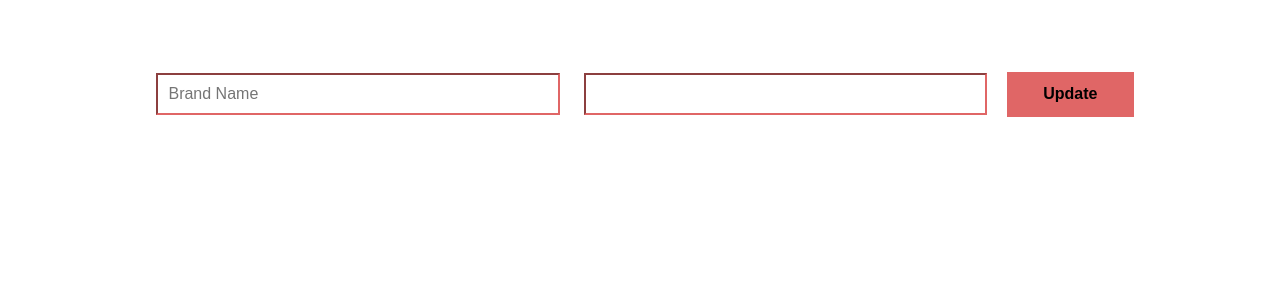
Repository: developerks611/Bumble-bee
Page: http://localhost/Bumble/view-one-brand.jsp
An editor plug-in stored every save of this project. The page is shown before and after the next save, followed by the edit.
The browser window is 1280 px wide. The pictures show the whole page.
The page is served by Tomcat 9. Other server files are loaded and not shown.

Above is the page before, as saved 2023-03-02 13:08:29.

### Bumble/src/main/webapp/view-one-brand.jsp
<%@ page language="java" contentType="text/html; charset=ISO-8859-1"
    pageEncoding="ISO-8859-1" isELIgnored="false"%>
 <%@ taglib prefix = "tag" uri = "http://java.sun.com/jsp/jstl/core" %>
<!DOCTYPE html>
<html>
<head>
<meta charset="ISO-8859-1">
<title>Insert Brand</title>
<style>
.container {
 text-align:center;
 margin-top:5%;
}

.createAccount {
	margin-left: 0.5%;
}

.createAccount{

	background-color:#e06666;
	outline: none;
    border: none;
    width:10%;
    height:45px;
    font-size:100%;
    padding:5px;
    font-weight:bold;
}

.txt_input{

	width:30%;
	height:auto;
	margin:10px;
	padding:10px;
	font-size:100%;
	border-color:#e06666;
}
</style>
</head>
<body>
	<div class="container">
	<tag:set var = "brand" scope = "session" value = "${brand}"/>

		<p>${message}<p>
		<form action="updateBrand" method="post">
		<input type="hidden" name="action" value="updatebrand">
			<input type="text" class="txt_input" placeholder="Brand Name" name="brandname" value="${brand.getBrandname()}">
			<input type="text" class="txt_input"  name="bid" value="${brand.getBrandid()}">
			<button type="submit" class="btn btn-success createAccount" >Update</button>
		</form>



	</div>

</body>
</html>

After the next save:
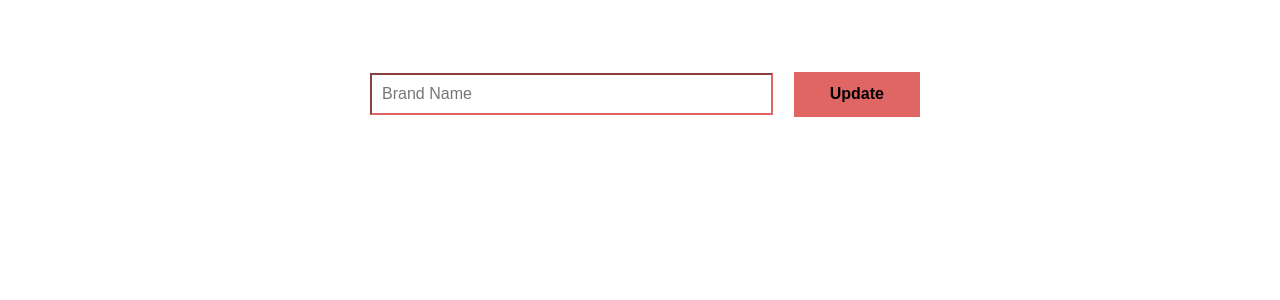
Saved 2 min 17 s later.
--- a/Bumble/src/main/webapp/view-one-brand.jsp
+++ b/Bumble/src/main/webapp/view-one-brand.jsp
@@ -47,7 +47,7 @@
 		<form action="updateBrand" method="post">
 		<input type="hidden" name="action" value="updatebrand">
 			<input type="text" class="txt_input" placeholder="Brand Name" name="brandname" value="${brand.getBrandname()}">
-			<input type="text" class="txt_input"  name="bid" value="${brand.getBrandid()}">
+			<input type="hidden" class="txt_input"  name="bid" value="${brand.getBrandid()}">
 			<button type="submit" class="btn btn-success createAccount" >Update</button>
 		</form>
 
